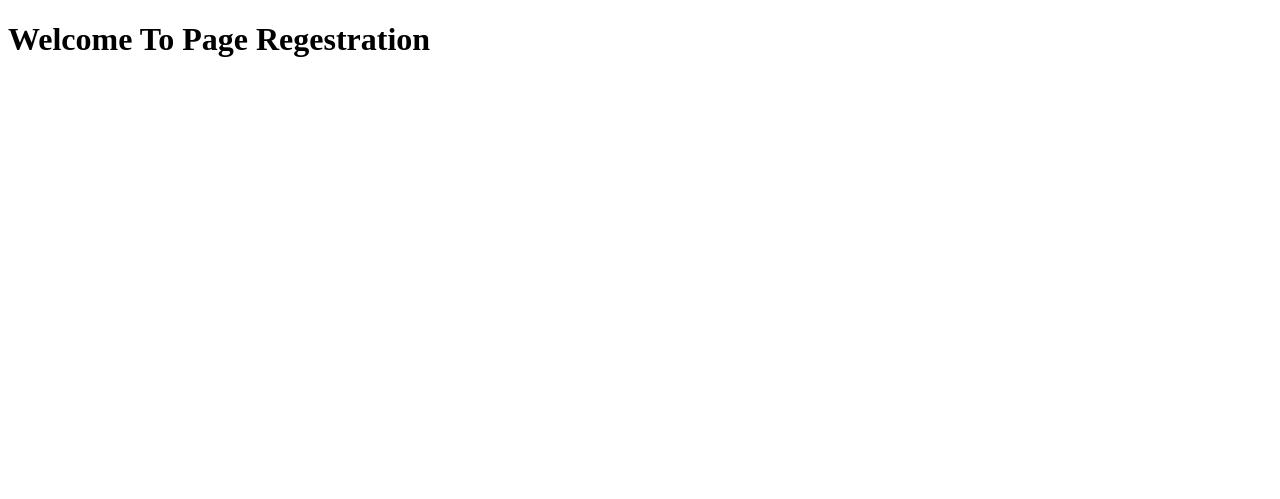
Repository: gadgeswapnil11/Vaulty
Page: http://localhost/ServeletCRUDOprations/
These files come from the project's save history. The page is drawn as it stood at one moment and after the next save; the edit follows.
The browser window is 1280 px wide. The pictures show the whole page.
The page is served by Tomcat 9.

Above is the page before, as saved 2023-12-19 09:11:28.

After the next save:
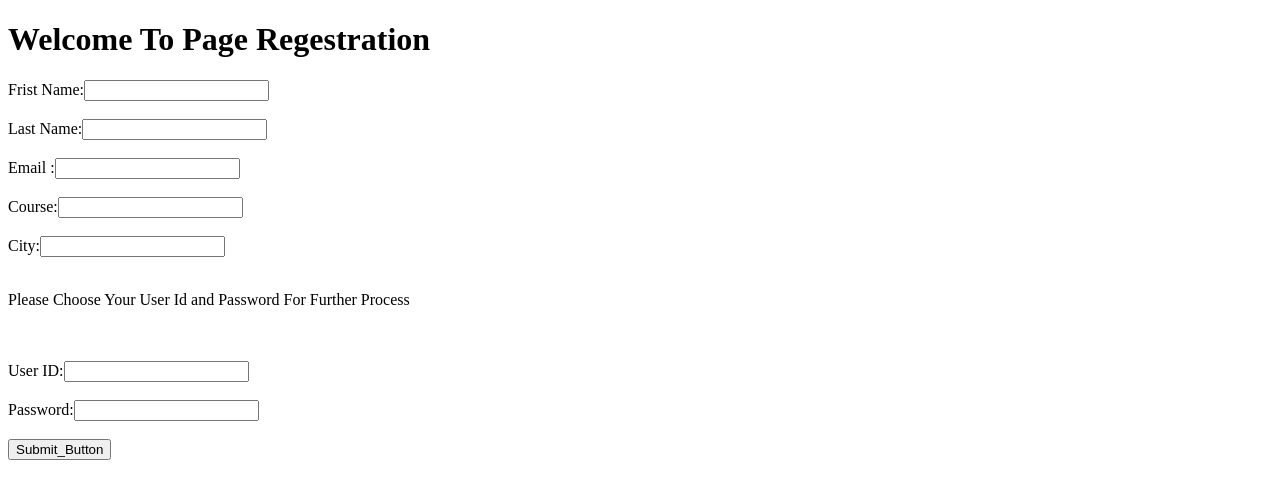
Saved 24 min 50 s later.
--- a/ServeletCRUDOprations/src/main/webapp/index.jsp
+++ b/ServeletCRUDOprations/src/main/webapp/index.jsp
@@ -1,5 +1,5 @@
 <%@ page language="java" contentType="text/html; charset=UTF-8"
-    pageEncoding="UTF-8"%>
+	pageEncoding="UTF-8"%>
 <!DOCTYPE html>
 <html>
 <head>
@@ -7,6 +7,24 @@
 <title>Insert title here</title>
 </head>
 <body>
-<h1> Welcome To Page Regestration </h1>
+	<h1>Welcome To Page Regestration</h1>
+	<form action="Regestration">
+		Frist Name:<Input type="text" name="fname"> <br>
+		<br> Last Name:<Input type="text" name="lname"> <br>
+		<br> Email :<Input type="text" name="email"> <br>
+		<br> Course:<Input type="text" name="course"> <br>
+		<br> City:<Input type="text" name="city"> <br>
+		<br>
+		<p>Please Choose Your User Id and Password For Further Process</p>
+		<br>
+		<br> User ID:<Input type="text" name="fname"> <br>
+		<br> Password:<Input type="text" name="lname"> <br>
+		<br> <Input type="submit" value="Submit_Button"> <br>
+		<br>
+
+
+	</form>
+
+
 </body>
 </html>
